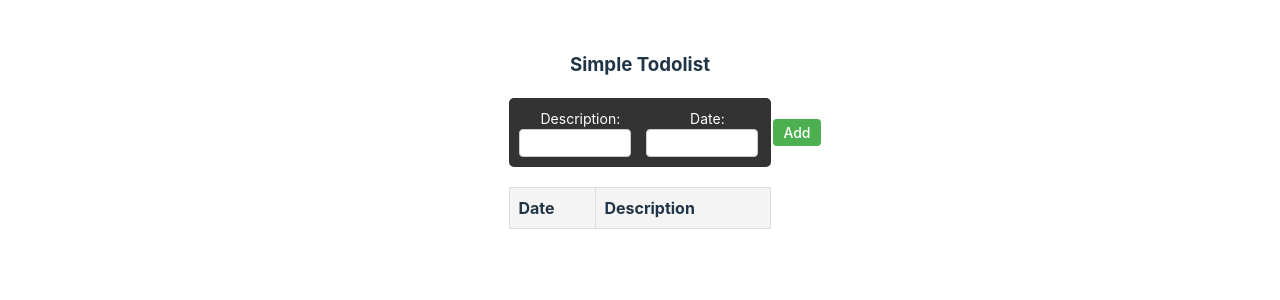
Repository: Aminul-Islam85/Todolist-with-delete
Page: /
These files come from the project's save history. The page is drawn as it stood at one moment and after the next save; the edit follows.
The browser window is 1280 px wide. The pictures show the whole page.
The project was rebuilt for these pictures with package versions that can differ from the ones it lists, and the page was loaded fresh each time. Also part of the build but not shown: vite.config.js.

Above is the page before, as saved 2024-09-16 23:54:47.

### src/App.jsx
import './App.css'
import TodoList from './components/TodoList';
const App = () => {
  return (
    <div>
    <TodoList/>

    </div>
  );
};

export default App;

### src/index.css
:root {
  font-family: Inter, system-ui, Avenir, Helvetica, Arial, sans-serif;
  line-height: 1.5;
  font-weight: 400;

  color-scheme: light dark;
  color: rgba(255, 255, 255, 0.87);
  background-color: #242424;

  font-synthesis: none;
  text-rendering: optimizeLegibility;
  -webkit-font-smoothing: antialiased;
  -moz-osx-font-smoothing: grayscale;
}

a {
  font-weight: 500;
  color: #646cff;
  text-decoration: inherit;
}
a:hover {
  color: #535bf2;
}

body {
  margin: 0;
  display: flex;
  place-items: flex-start;
  min-width: 320px;
  min-height: 100vh;
}

h1 {
  font-size: 3.2em;
  line-height: 1.1;
}

button {
  border-radius: 8px;
  border: 1px solid transparent;
  padding: 0.6em 1.2em;
  font-size: 1em;
  font-weight: 500;
  font-family: inherit;
  background-color: #1a1a1a;
  cursor: pointer;
  transition: border-color 0.25s;
}
button:hover {
  border-color: #646cff;
}
button:focus,
button:focus-visible {
  outline: 4px auto -webkit-focus-ring-color;
}

@media (prefers-color-scheme: light) {
  :root {
    color: #213547;
    background-color: #ffffff;
  }
  a:hover {
    color: #747bff;
  }
  button {
    background-color: #f9f9f9;
  }
}

### src/App.css
#root {
  max-width: 1280px;
  margin: 0 auto;
  padding: 2rem;
  text-align: center;
}

.logo {
  height: 6em;
  padding: 1.5em;
  will-change: filter;
  transition: filter 300ms;
}
.logo:hover {
  filter: drop-shadow(0 0 2em #646cffaa);
}
.logo.react:hover {
  filter: drop-shadow(0 0 2em #61dafbaa);
}

@keyframes logo-spin {
  from {
    transform: rotate(0deg);
  }
  to {
    transform: rotate(360deg);
  }
}

@media (prefers-reduced-motion: no-preference) {
  a:nth-of-type(2) .logo {
    animation: logo-spin infinite 20s linear;
  }
}

.card {
  padding: 2em;
}

.read-the-docs {
  color: #888;
}


/* App.css */
.todo-container {
  width: 60%;
  margin: 0 auto;
  text-align: center;
}

.input-group {
  display: flex;
  align-items: center;
  justify-content: space-between;
  background-color: #333;
  padding: 10px;
  border-radius: 5px;
  margin-bottom: 20px;
}

label {
  color: white;
  font-size: 14px;
  margin-right: 5px;
}

.todo-input, .date-input {
  padding: 5px;
  border: 1px solid #ccc;
  border-radius: 4px;
  font-size: 14px;
  width: 100px;
  margin-right: 10px;
}

.add-button {
  padding: 5px 10px;
  background-color: #4CAF50;
  color: white;
  border: none;
  border-radius: 4px;
  cursor: pointer;
  font-size: 14px;
}

.add-button:hover {
  background-color: #45a049;
}

.todo-table {
  width: 100%;
  margin-top: 10px;
  border-collapse: collapse;
}

.todo-table th, .todo-table td {
  border: 1px solid #ddd;
  padding: 8px;
  text-align: left;
}

.todo-table th {
  background-color: #f4f4f4;
}

.todo-table tr:nth-child(even) {
  background-color: #f9f9f9;
}

### src/components/TodoList.jsx
import { useState } from 'react';

const TodoList = () => {
    const [todo, setTodo] = useState({ description: "", duedate: "" });
    const [todos, setTodos] = useState([]);

    const handleAdd = () => {
        if (!todo.description || !todo.duedate) {
            alert("Please fill in both fields.");
            return;
        }

        setTodos([todo, ...todos]);
        setTodo({ description: "", duedate: "" });
    };

    return (
        <div className="todo-container">
            <h3>Simple Todolist</h3>
            <div className="input-group">
                <label>
                    Description:
                    <input
                        type="text"
                        value={todo.description}
                        onChange={event => setTodo({ ...todo, description: event.target.value })}
                        className="todo-input"
                    />
                </label>
                <label>
                    Date:
                    <input
                        type="text"
                        value={todo.duedate}
                        onChange={event => setTodo({ ...todo, duedate: event.target.value })}
                        className="date-input"
                    />
                </label>
                <button onClick={handleAdd} className="add-button">Add</button>
            </div>
            <table className="todo-table">
                <thead>
                    <tr>
                        <th>Date</th>
                        <th>Description</th>
                    </tr>
                </thead>
                <tbody>
                    {todos.map((todo, index) => (
                        <tr key={index}>
                            <td>{todo.duedate}</td>
                            <td>{todo.description}</td>
                        </tr>
                    ))}
                </tbody>
            </table>
        </div>
    );
};

export default TodoList;

Loaded but not shown: index.html (common file); src/main.jsx (common file)

After the next save:
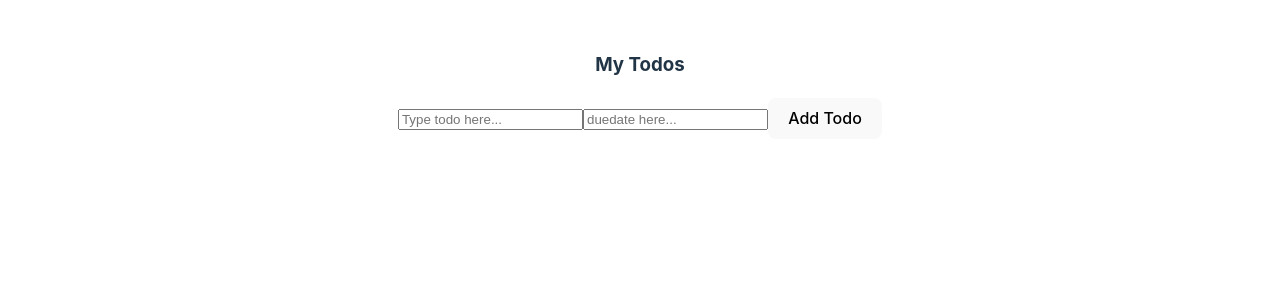
Saved 9 h 2 min later.
--- a/src/components/TodoList.jsx
+++ b/src/components/TodoList.jsx
@@ -6,7 +6,7 @@ const TodoList = () => {
 
     const handleAdd = () => {
         if (!todo.description || !todo.duedate) {
-            alert("Please fill in both fields.");
+            alert("Type something in both fields");
             return;
         }
 
@@ -15,46 +15,30 @@ const TodoList = () => {
     };
 
     return (
-        <div className="todo-container">
-            <h3>Simple Todolist</h3>
-            <div className="input-group">
-                <label>
-                    Description:
-                    <input
-                        type="text"
-                        value={todo.description}
-                        onChange={event => setTodo({ ...todo, description: event.target.value })}
-                        className="todo-input"
-                    />
-                </label>
-                <label>
-                    Date:
-                    <input
-                        type="text"
-                        value={todo.duedate}
-                        onChange={event => setTodo({ ...todo, duedate: event.target.value })}
-                        className="date-input"
-                    />
-                </label>
-                <button onClick={handleAdd} className="add-button">Add</button>
-            </div>
-            <table className="todo-table">
-                <thead>
-                    <tr>
-                        <th>Date</th>
-                        <th>Description</th>
-                    </tr>
-                </thead>
+        <>
+            <h3>My Todos</h3>
+            <input
+                placeholder='Type todo here...'
+                value={todo.description}
+                onChange={event => setTodo({ ...todo, description: event.target.value })}
+            />
+            <input
+                placeholder='duedate here...'
+                value={todo.duedate}
+                onChange={event => setTodo({ ...todo, duedate: event.target.value })}
+            />
+            <button onClick={handleAdd}>Add Todo</button>
+            <table>
                 <tbody>
                     {todos.map((todo, index) => (
                         <tr key={index}>
+                            <td>{todo.description}</td>
                             <td>{todo.duedate}</td>
-                            <td>{todo.description}</td>
                         </tr>
                     ))}
                 </tbody>
             </table>
-        </div>
+        </>
     );
 };
 
